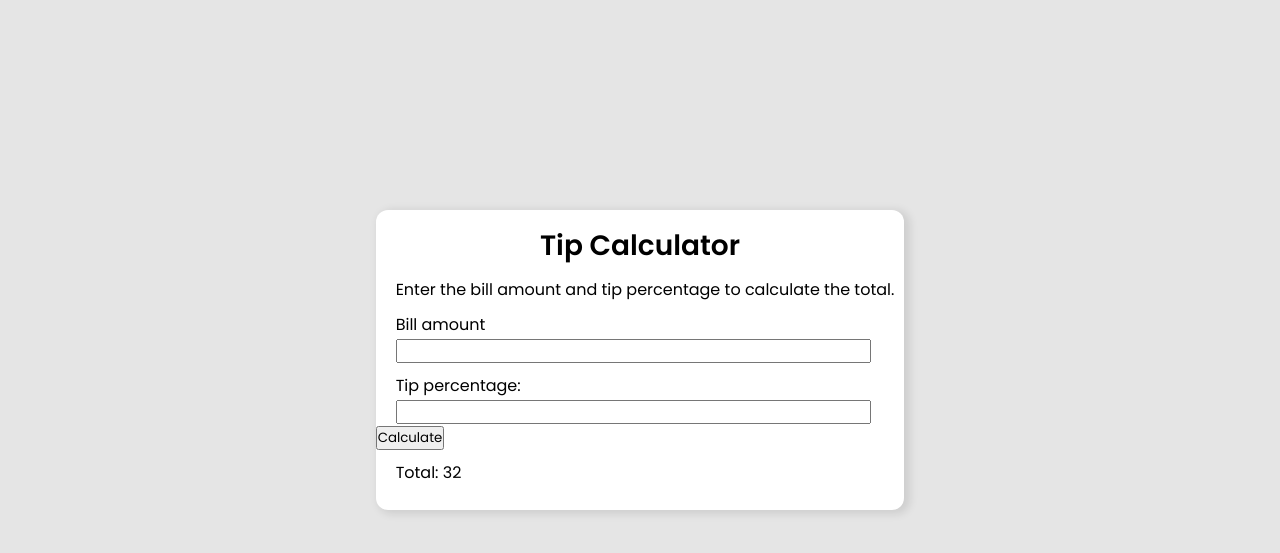
Repository: Ankitkr2021/Tip-Calculator
Page: index.html
An editor plug-in stored every save of this project. The page is shown before and after the next save, followed by the edit.
The browser window is 1280 px wide. The pictures show the whole page.

Above is the page before, as saved 2025-10-27 10:54:01.

After the next save:
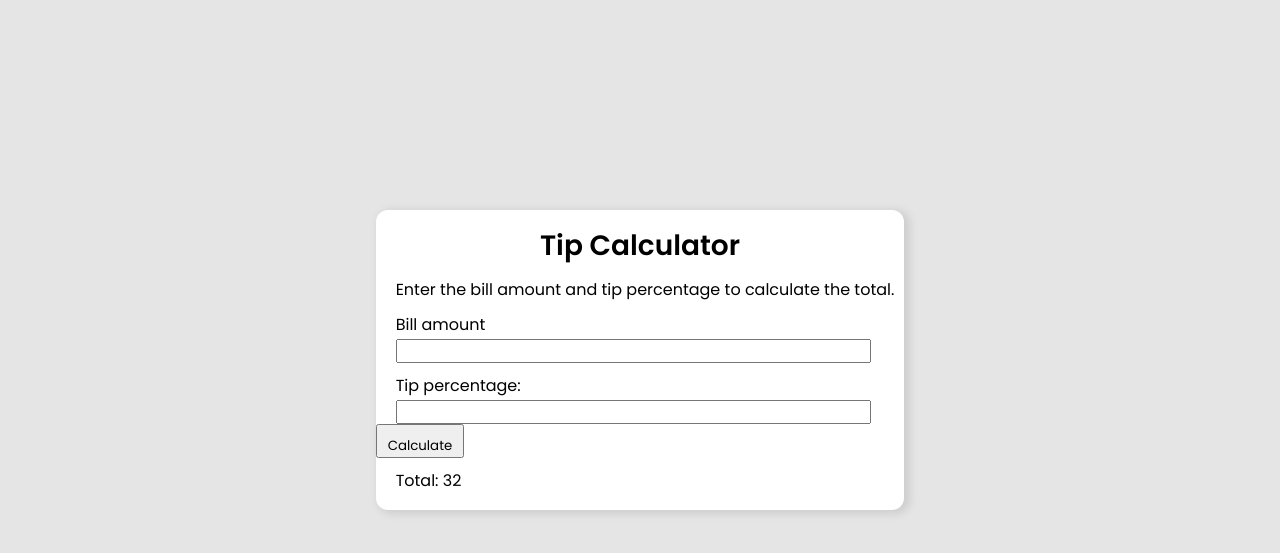
Saved 20 s later.
--- a/style.css
+++ b/style.css
@@ -40,3 +40,8 @@ input {
     width: 90%;
     margin-left: 20px;
 }
+
+button {
+    padding: 10px 10px 0 10px ;
+
+}
